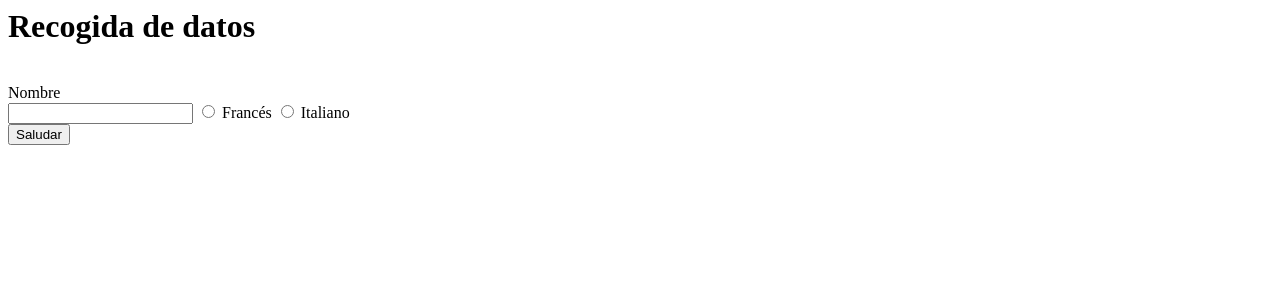
Repository: juvaga2000/eclipsetemp
Page: EjerciciosT1/src/main/webapp/WEB-INF/ejer3.html
An editor plug-in stored every save of this project. The page is shown before and after the next save, followed by the edit.
The browser window is 1280 px wide. The pictures show the whole page.

Above is the page before, as saved 2022-10-03 11:50:42.

### EjerciciosT1/src/main/webapp/WEB-INF/ejer3.html
<html>
<head>
<meta charset="ISO-8859-1">
<title>Insert title here</title>
</head>
<body>
	<h1>Recogida de datos</h1>
	<br>
	<form action="ejer1HolaMundo" method="post">
		Nombre<br>
		<input type="text" name="nombre" value=""> <input
			type="radio" name="idioma" value="france"> Francés <input
			type="radio" name="idioma" value="italy"> Italiano <br>
		<input type="submit" name="button1" value="Saludar" />
	</form>
</body>
</html>

After the next save:
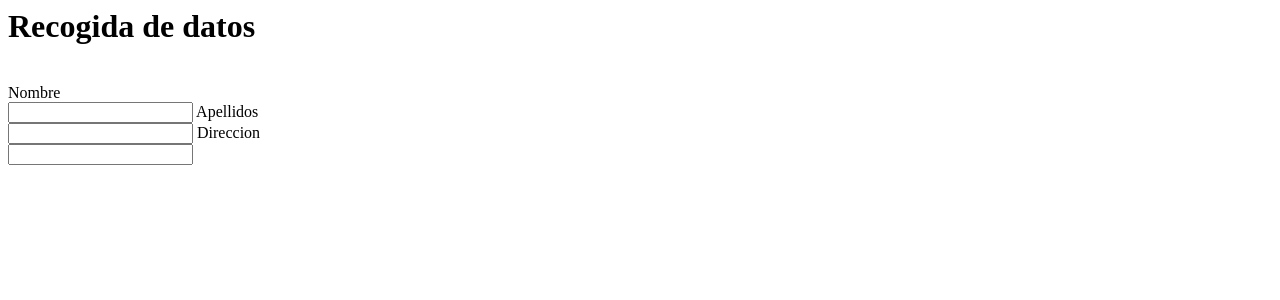
Saved 2 min 3 s later.
--- a/EjerciciosT1/src/main/webapp/WEB-INF/ejer3.html
+++ b/EjerciciosT1/src/main/webapp/WEB-INF/ejer3.html
@@ -8,10 +8,11 @@
 	<br>
 	<form action="ejer1HolaMundo" method="post">
 		Nombre<br>
-		<input type="text" name="nombre" value=""> <input
-			type="radio" name="idioma" value="france"> Francés <input
-			type="radio" name="idioma" value="italy"> Italiano <br>
-		<input type="submit" name="button1" value="Saludar" />
+		<input type="text" name="nombre" value="">
+		Apellidos<br>
+		<input type="text" name="nombre" value="">
+		Direccion<br>
+		<input type="text" name="nombre" value="">
 	</form>
 </body>
 </html>
